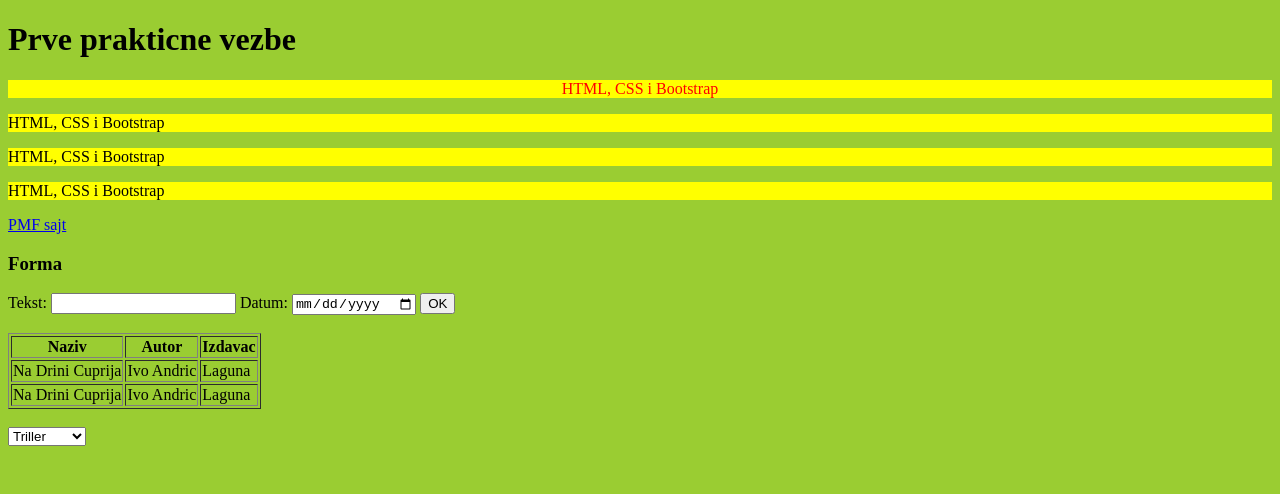
Repository: bojanludajic/Razvoj-Informacionih-Sistema
Page: http://localhost/Vezbe1/
An editor plug-in stored every save of this project. The page is shown before and after the next save, followed by the edit.
The browser window is 1280 px wide. The pictures show the whole page.
The page is served by Tomcat 9.

Above is the page before, as saved 2024-10-22 11:53:27.

After the next save:
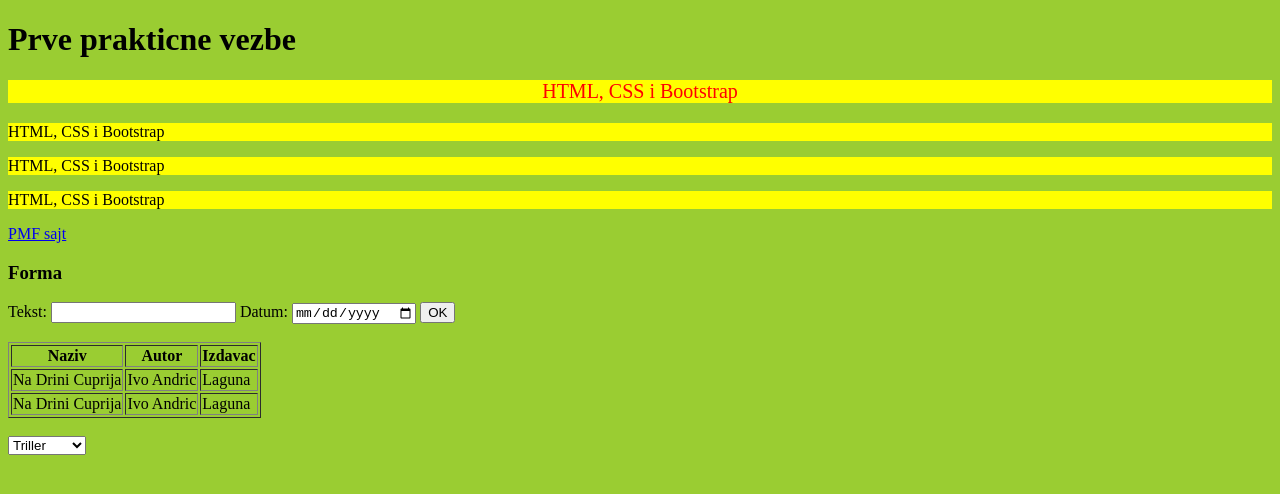
Saved 10 s later.
--- a/Vezbe1/src/main/webapp/css/styles.css
+++ b/Vezbe1/src/main/webapp/css/styles.css
@@ -10,4 +10,5 @@ p {
 .klasa1 {
 	color: red;
 	text-align: center;
+	font-size: 20px;
 }
